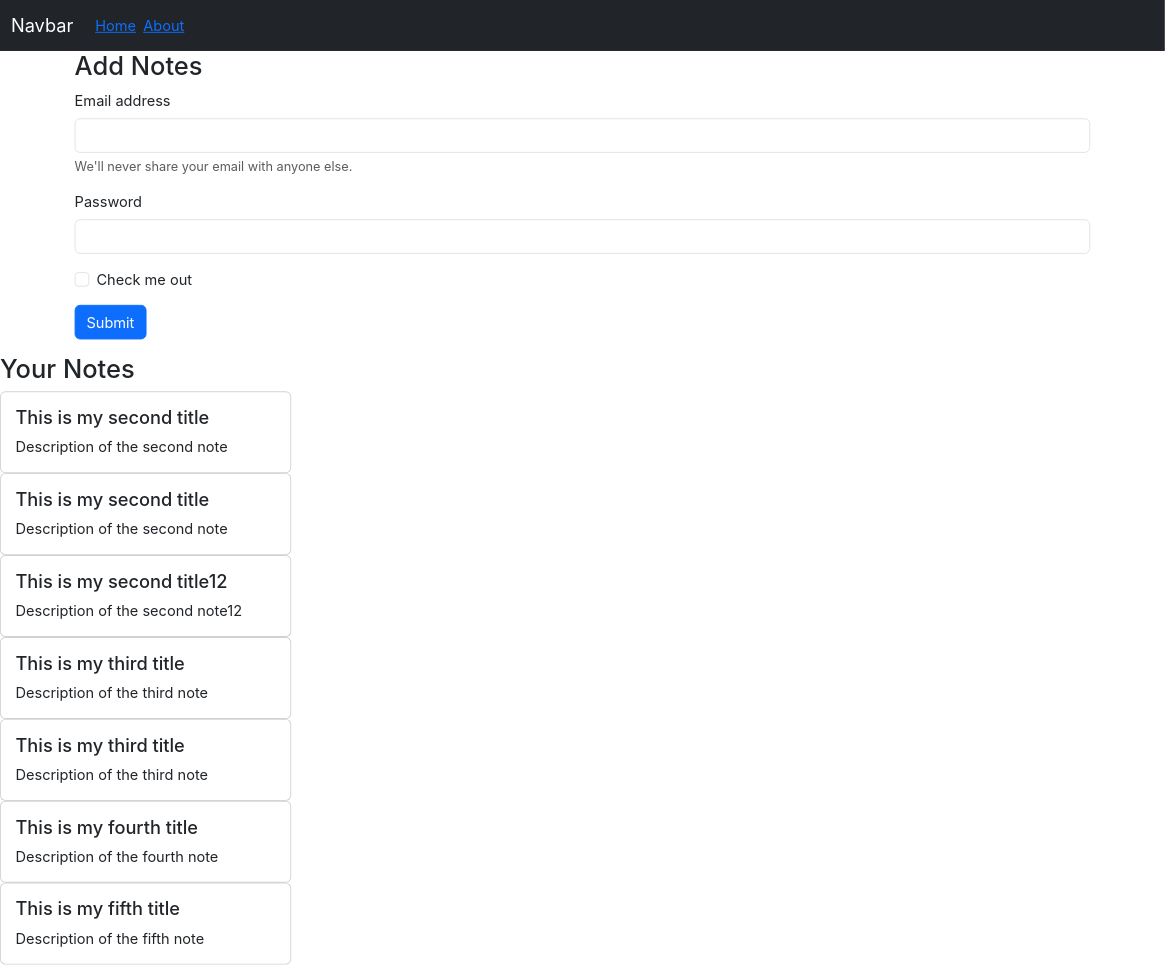
Repository: alphacode77/DailyNotes-react
Page: /
The author's editor kept a copy of each file at every save. The page is drawn from the files as they stood at one save, then again after the next save.
The browser window is 1280 px wide. The page is 1292 px wide, then 1280 px, so the pictures cover 1292 px, including what lies to the right of the window. The pictures show the whole page, at 91% of full size.
Some web libraries are served in a nearby version. The project was rebuilt for these pictures with package versions that can differ from the ones it lists, and the page was loaded fresh each time. Also part of the build but not shown: src/App.css, src/components/About.js.

Above is the page before, as saved 2023-02-28 16:43:28.

After the next save:
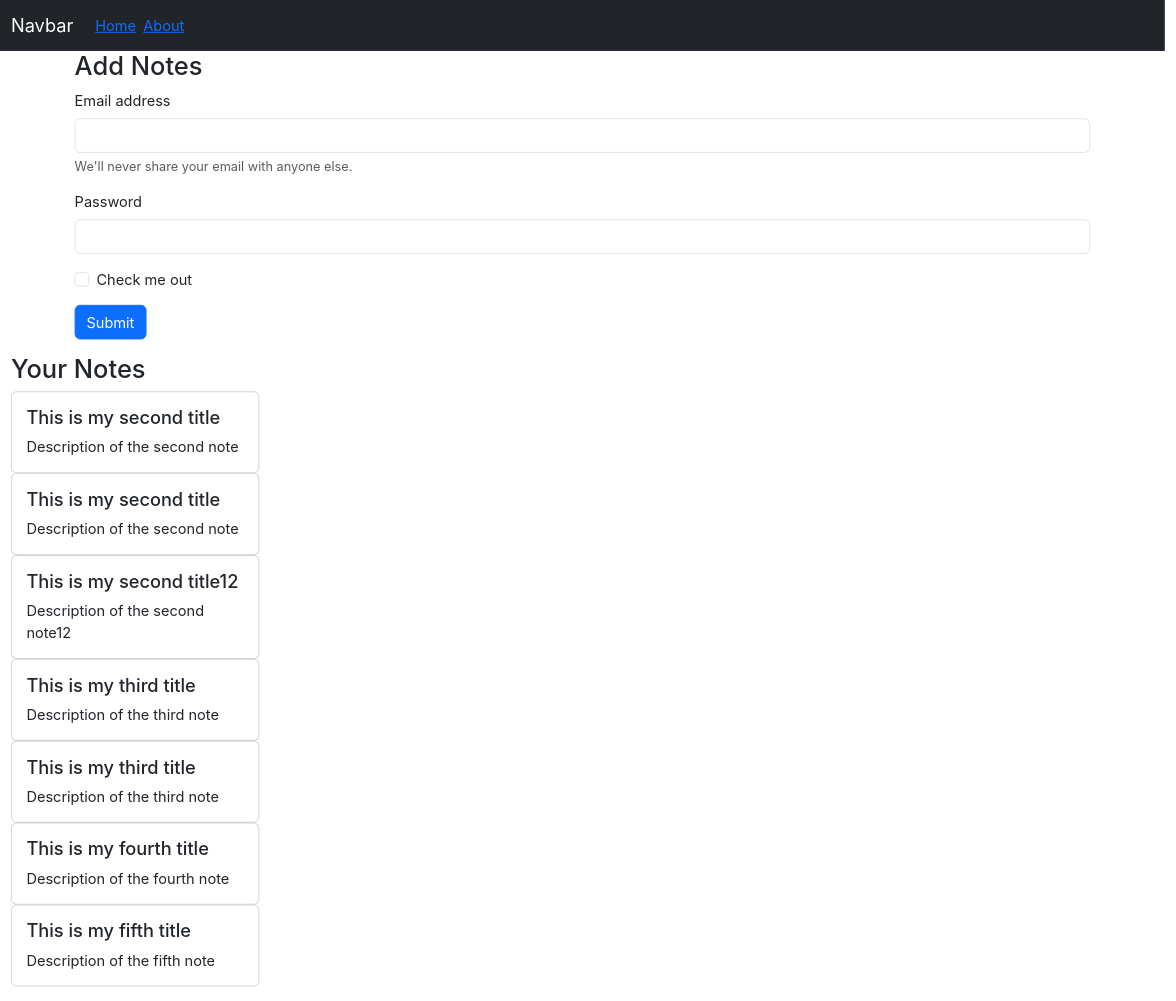
Saved 13 s later.
--- a/src/components/Notes.js
+++ b/src/components/Notes.js
@@ -7,7 +7,7 @@ function Notes() {
   const{notes,setNotes} = context
   return (
   <>
-  <div className="row my-3">
+  <div className="container row my-3">
   <h3>Your Notes</h3>
   {notes.map((note)=>{
     return <Noteitem  note={note} />
